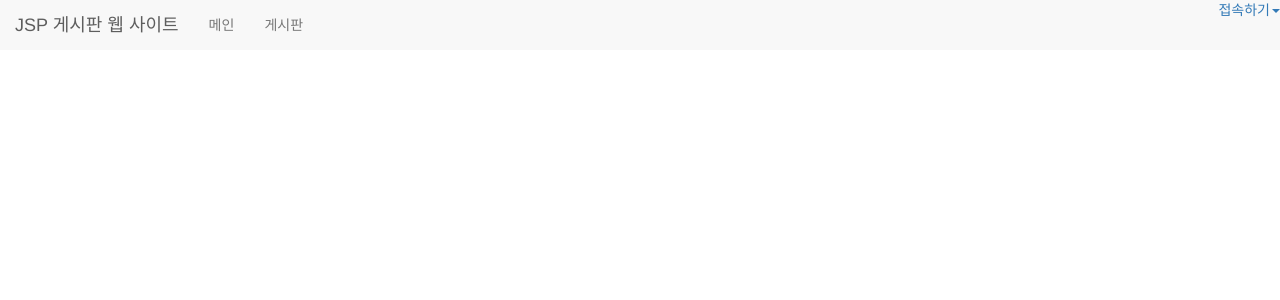
Repository: ehdgus0221/JAVA
Page: http://localhost/BBS/join.jsp
The author's editor kept a copy of each file at every save. The page is drawn from the files as they stood at one save, then again after the next save.
The browser window is 1280 px wide. The pictures show the whole page.
Some web libraries are served in a nearby version. The page is served by Tomcat 9. Other server files are loaded and not shown.

Above is the page before, as saved 2022-12-23 12:08:25.

### Board-Basic/projects/BBS/src/main/webapp/join.jsp
<!-- 가장 많이 쓰이는 인코딩 UTF-8로 바꾸기, 한글,영어 둘다 지원 -->
<%@ page language="java" contentType="text/html; charset=UTF-8"
    pageEncoding="UTF-8"%>

<!DOCTYPE html>
<html>
<head>
<meta charset="UTF-8">
<!-- 반응형 웹에서 사용되는 meta 태그 사용 -->
<meta name="viewport" content="width=device-width", initial-scale="1">
<link rel="stylesheet" href="css/bootstrap.css">
<title>JSP 게시판 웹 사이트</title>
</head>
<body>
	<!-- 애니메이션 기능으로 script 태그 사용 -->
	<script src="https://code.jquery.com/jquery-3.1.1.min.js"></script>
	<script src="js/bootstrap.js"></script>
	<nav class="navbar-default">
		<div class="navbar-header">
			<button type="button" class="navbar-toggle collapsed"
				data-toggle="collapse" data-target="#bs-example-navbar-collapse-1"
				aria-expanded="false">
				<span class="icon-bar"></span>
				<span class="icon-bar"></span>
				<span class="icon-bar"></span>
			</button>
			<a class="navbar-brand" href="main.jsp">JSP 게시판 웹 사이트</a>
		</div>
		<div class="collapse navbar-collapse" id="bs-example-navbar-collapse-1">
			<ul class="nav navbar-nav">
				<li><a href="main.jsp">메인</a></li>
				<li><a href="main.jsp">게시판</a></li>
			</ul>
			<ul class="nav navbar-nav navbar-right">
				<a href="#" class="dropdown-toggle"
					data-toggle="dropdown" role="button" aria-haspopup="true"
					aria-expanded="false">접속하기<span class="caret"></span></a>
			</ul>
		</div>
	</nav>
</body>
</html>

Loaded but not shown: Board-Basic/projects/BBS/src/main/webapp/css/bootstrap.css (library); Board-Basic/projects/BBS/src/main/webapp/js/bootstrap.js (library)

After the next save:
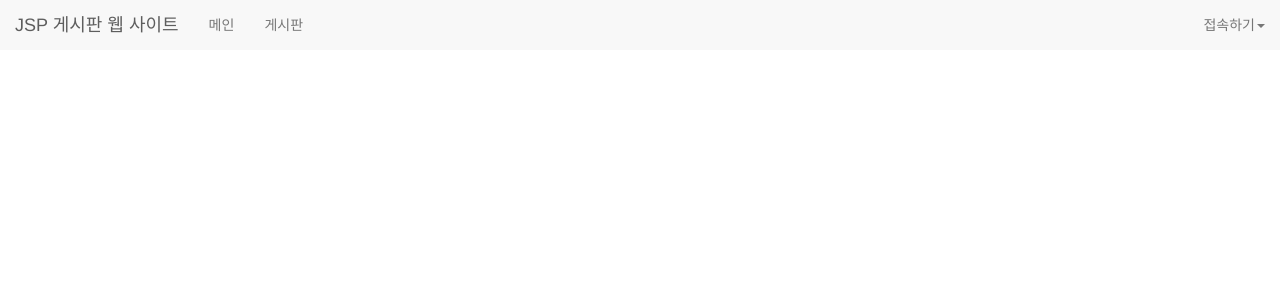
Saved 8 min 28 s later.
--- a/Board-Basic/projects/BBS/src/main/webapp/join.jsp
+++ b/Board-Basic/projects/BBS/src/main/webapp/join.jsp
@@ -32,9 +32,15 @@
 				<li><a href="main.jsp">게시판</a></li>
 			</ul>
 			<ul class="nav navbar-nav navbar-right">
+				<li class="dropdown">
 				<a href="#" class="dropdown-toggle"
 					data-toggle="dropdown" role="button" aria-haspopup="true"
 					aria-expanded="false">접속하기<span class="caret"></span></a>
+					<ul class="dropdown-menu">
+						<li class="active"><a href="login.jsp">로그인</a></li>
+						<li><a href="join.jsp">회원가입</a></li>
+					</ul>
+				</li>
 			</ul>
 		</div>
 	</nav>
